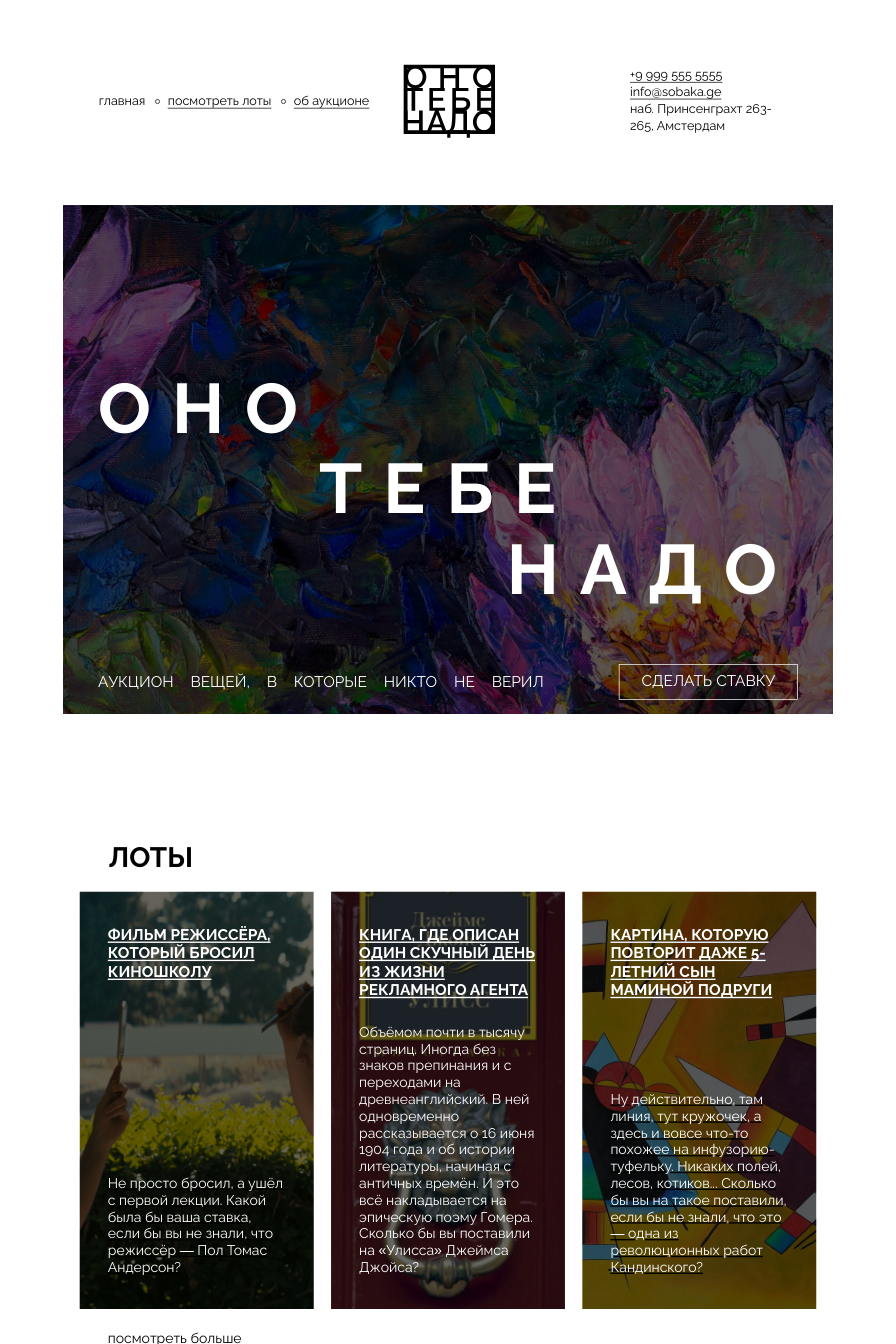
Repository: NikWolf75/ono-tebe-nado-fd
Page: index.html
These files come from the project's save history. The page is drawn as it stood at one moment and after a run of saves; the edit follows.
The browser window is 1280 px wide. The pictures show the part of the page from y = 0 to 1920 px (the page is 2997 px tall before and 2977 px after), at 70% of full size.

Above is the page before, as saved 2024-12-18 15:41:40.

After the next 4 saves:
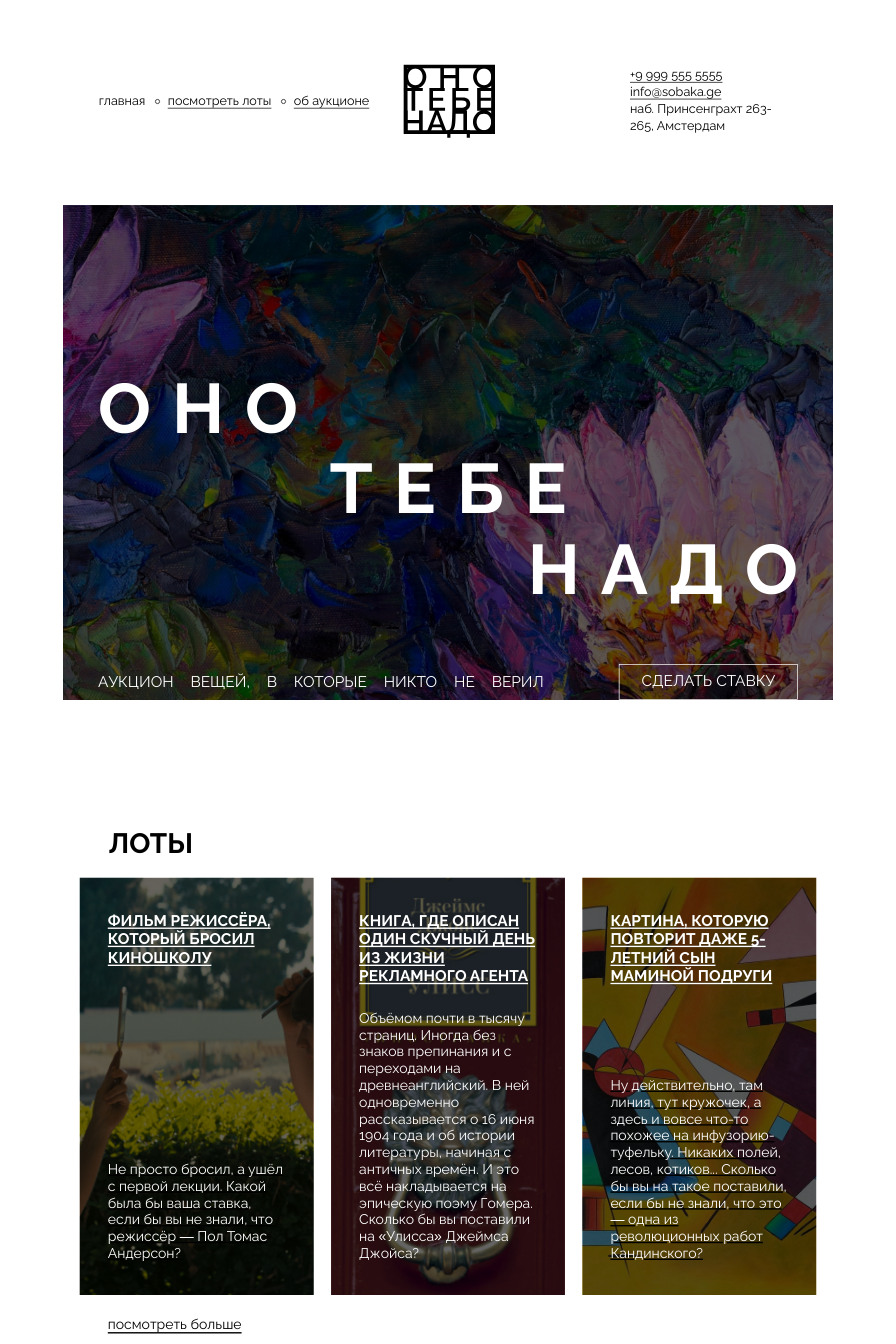
The 4 saves are shown as one change because they came seconds apart.
The last was saved 21 s later.
--- a/styles/style.css
+++ b/styles/style.css
@@ -48,7 +48,7 @@
   background-size: cover;
   background-repeat: no-repeat;
   background-position: center top;
-  padding: 232px 50px 20px 50px;
+  padding: 232px 20px 0 50px;
   display: flex;
   flex-direction: column;
   gap: 79px;
